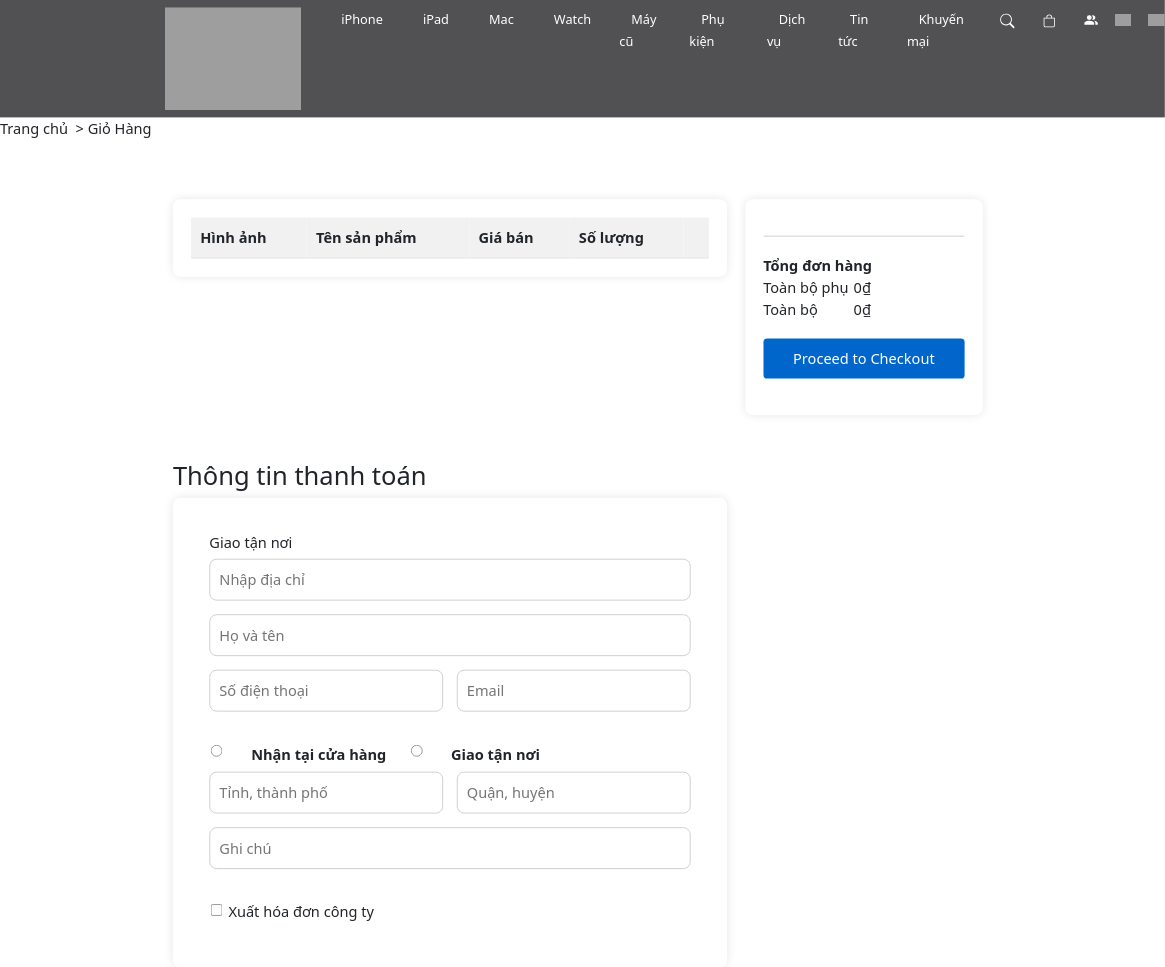
Repository: 20092004nam2k4/FE-ShopDunk
Page: /cart
These files come from the project's save history. The page is drawn as it stood at one moment and after the next save; the edit follows.
The browser window is 1280 px wide. The pictures show the whole page, at 91% of full size.
Pictures or frames that could not be fetched are drawn as grey boxes. The page's requests for data from a server got no answer. The project was rebuilt for these pictures with package versions that can differ from the ones it lists, and the page was loaded fresh each time. No one was signed in, and anything a server would have sent is missing. Also part of the build but not shown: src/component/common/SlideImage.css, src/component/common/SlideImage.js, src/component/product/ProductCart.css, src/component/product/ProductList.js, src/component/product/ProductDetail.css, src/component/product/ProductDetail.js, src/component/user/LoginUser.js, src/component/user/UserProfile.js and 3 more.

Above is the page before, as saved 2024-06-14 12:45:14.

After the next save:
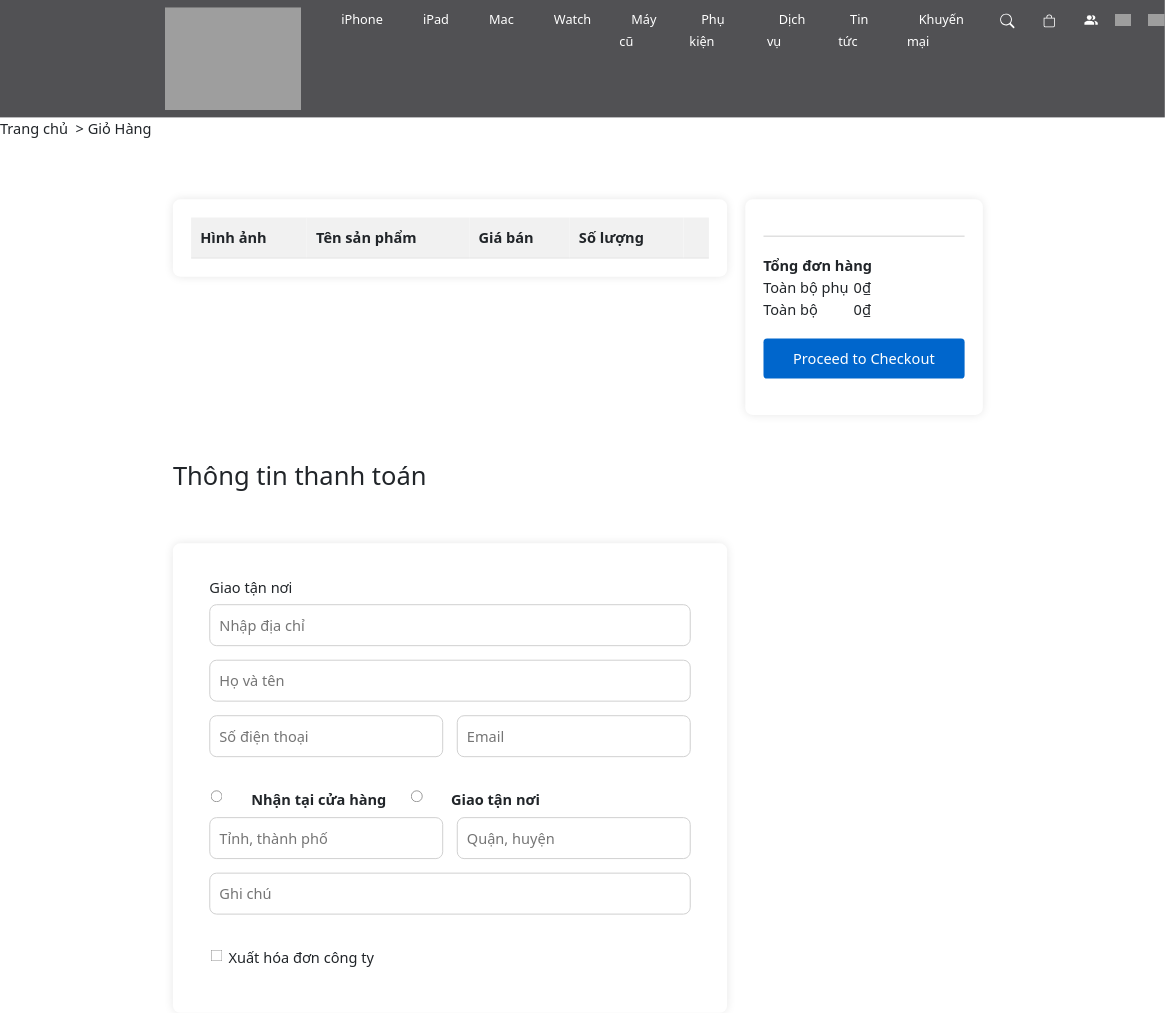
Saved 4 min 37 s later.
--- a/src/component/cart/CartPage.css
+++ b/src/component/cart/CartPage.css
@@ -312,7 +312,7 @@
     max-width: 1370px; /* Set a maximum width for the container */
     display: flex;
     align-items: flex-start;
-    padding-top: px;
+    padding-top: 50px;
     padding-left: 90px;
     padding-right: 120px;
     gap: 20px; /* Add gap between left and right sections */
